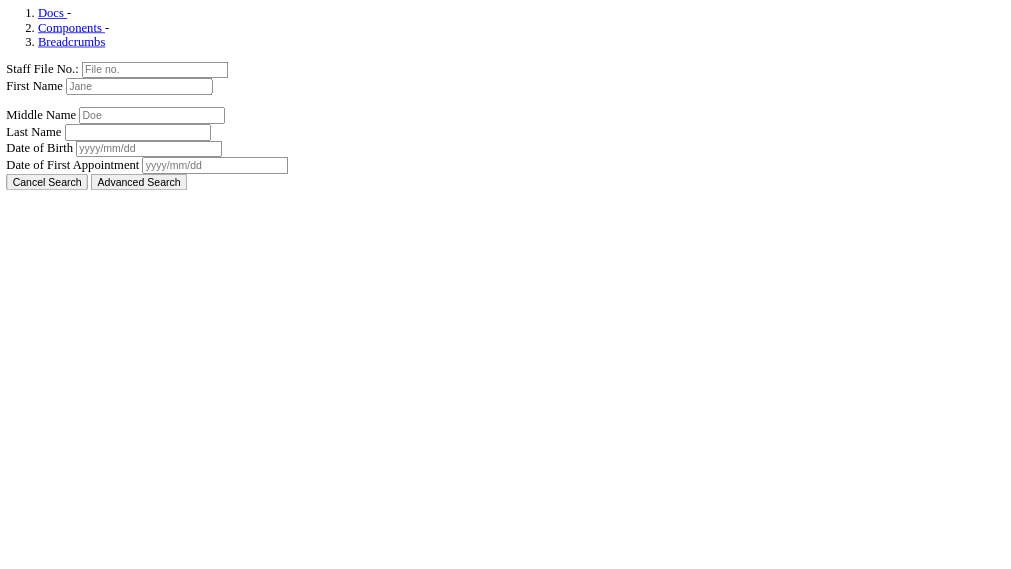
Repository: aknessy/office-helper
Page: http://localhost/app/Views/home/manual.php
The author's editor kept a copy of each file at every save. The page is drawn from the files as they stood at one save, then again after the next save.
The browser window is 1280 px wide. The pictures show the whole page, at 79% of full size.
The page is run by PHP 8.4 with error messages shown; the project is at /var/www/html/.

Above is the page before, as saved 2023-08-06 01:27:42.

### app/Views/home/manual.php
<div class="w-max text-left">
  <nav aria-label="breadcrumb" class="w-max">
    <ol class="flex w-full flex-wrap items-center rounded-md bg-blue-gray-50 bg-opacity-60 py-2 px-4">
      <li class="flex cursor-pointer items-center font-sans text-sm font-normal leading-normal text-blue-gray-900 antialiased transition-colors duration-300 hover:text-pink-500">
        <a class="opacity-60" href="#">
          <span>Docs</span>
        </a>
        <span class="pointer-events-none mx-2 select-none font-sans text-sm font-normal leading-normal text-blue-gray-500 antialiased">
          -
        </span>
      </li>
      <li class="flex cursor-pointer items-center font-sans text-sm font-normal leading-normal text-blue-gray-900 antialiased transition-colors duration-300 hover:text-pink-500">
        <a class="opacity-60" href="#">
          <span>Components</span>
        </a>
        <span class="pointer-events-none mx-2 select-none font-sans text-sm font-normal leading-normal text-blue-gray-500 antialiased">
          -
        </span>
      </li>
      <li class="flex cursor-pointer items-center font-sans text-sm font-normal leading-normal text-blue-gray-900 antialiased transition-colors duration-300 hover:text-pink-500">
        <a
          class="font-medium text-blue-gray-900 transition-colors hover:text-pink-500"
          href="#"
        >
          Breadcrumbs
        </a>
      </li>
    </ol>
  </nav>
</div>
<form action="" method="post" class="w-full">
    <div class="bg-white w-full rounded-lg mb-6 py-3 px-3">
        <div class="flex flex-wrap mb-3">
            <div class="w-full px-3">
                <label class="block uppercase tracking-wide text-gray-700 text-xs font-bold mb-2" for="grid-file-no">
                    Staff File No.:
                </label>
                <input class="appearance-none block border rounded bg-gray-200 w-full py-2 px-2 text-gray-700 text-sm font-italic font-light leading-tight focus:outline-none focus:bg-white focus:border-gray-500" id="grid-file-no" name="file_num" type="text" placeholder="File no.">
            </div>
        </div>
        <div class="flex flex-wrap mb-3">
            <div class="w-full md:w-1/3 px-3 md:mb-0">
                <label class="block uppercase tracking-wide text-gray-700 text-xs font-bold mb-2" for="grid-first-name">
                    First Name
                </label>
                <input class="appearance-none block w-full bg-gray-200 text-gray-700 border border-red-500 rounded py-2 px-2 leading-tight focus:outline-none focus:bg-white" id="grid-first-name" type="text"  name="firstname" placeholder="Jane">
                <p class="text-red-500 text-xs italic"></p>
            </div>
            <div class="w-full md:w-1/3 px-3">
                <label class="block uppercase tracking-wide text-gray-700 text-xs font-bold mb-2" for="grid-middle-name">
                    Middle Name
                </label>
                <input class="appearance-none block w-full bg-gray-200 text-gray-700 border border-gray-200 rounded py-2 px-2 leading-tight focus:outline-none focus:bg-white focus:border-gray-500" id="grid-middle-name" type="text" name="middlename" placeholder="Doe">
            </div>
            <div class="w-full md:w-1/3 px-3">
                <label class="block uppercase tracking-wide text-gray-700 text-xs font-bold mb-2" for="grid-last-name">
                    Last Name
                </label>
                <input class="appearance-none block w-full bg-gray-200 text-gray-700 border border-gray-200 rounded py-2 px-2 leading-tight focus:outline-none focus:bg-white focus:border-gray-500" id="grid-last-name" type="text" name="lastname placeholder="Tom">
            </div>
        </div>
        <div class="flex flex-wrap mb-8">
            <div class="w-full md:w-1/2 px-3 md:mb-0">
                <label class="block uppercase tracking-wide text-gray-700 text-xs font-bold mb-2" for="grid-dob">
                    Date of Birth
                </label>
                <input class="datepicker-widget appearance-none block w-full bg-gray-200 text-gray-700 border border-gray-200 rounded py-2 px-2 leading-tight focus:outline-none focus:bg-white focus:border-gray-500" id="grid-dob" type="text" name="dob" placeholder="yyyy/mm/dd">
            </div>
            <div class="w-full md:w-1/2 px-3 md:mb-0">
                <label class="block uppercase tracking-wide text-gray-700 text-xs font-bold mb-2" for="grid-dofa">
                    Date of First Appointment
                </label>
                <input class="datepicker-widget appearance-none block w-full bg-gray-200 text-gray-700 border border-gray-200 rounded py-2 px-2 leading-tight focus:outline-none focus:bg-white focus:border-gray-500" id="grid-dofa" type="text" name="first_appt" placeholder="yyyy/mm/dd">
            </div>
        </div>

        <div class="flex flex-wrap justify-between w-full px-3 mb-4">
            <button type="reset" class=" w-full md:w-1/2 hover:bg-gray-100 text-gray-600 py-2 px-4 hover:rounded-l=md">Cancel Search</button>
            <button type="submit" class="w-full md:w-1/2 bg-teal-400 hover:bg-teal-500 font-semibold text-white hover:text-dark font-sans py-2 px-4 rounded-md">Advanced Search</button>
        </div>
    </div>
</form>

After the next save:
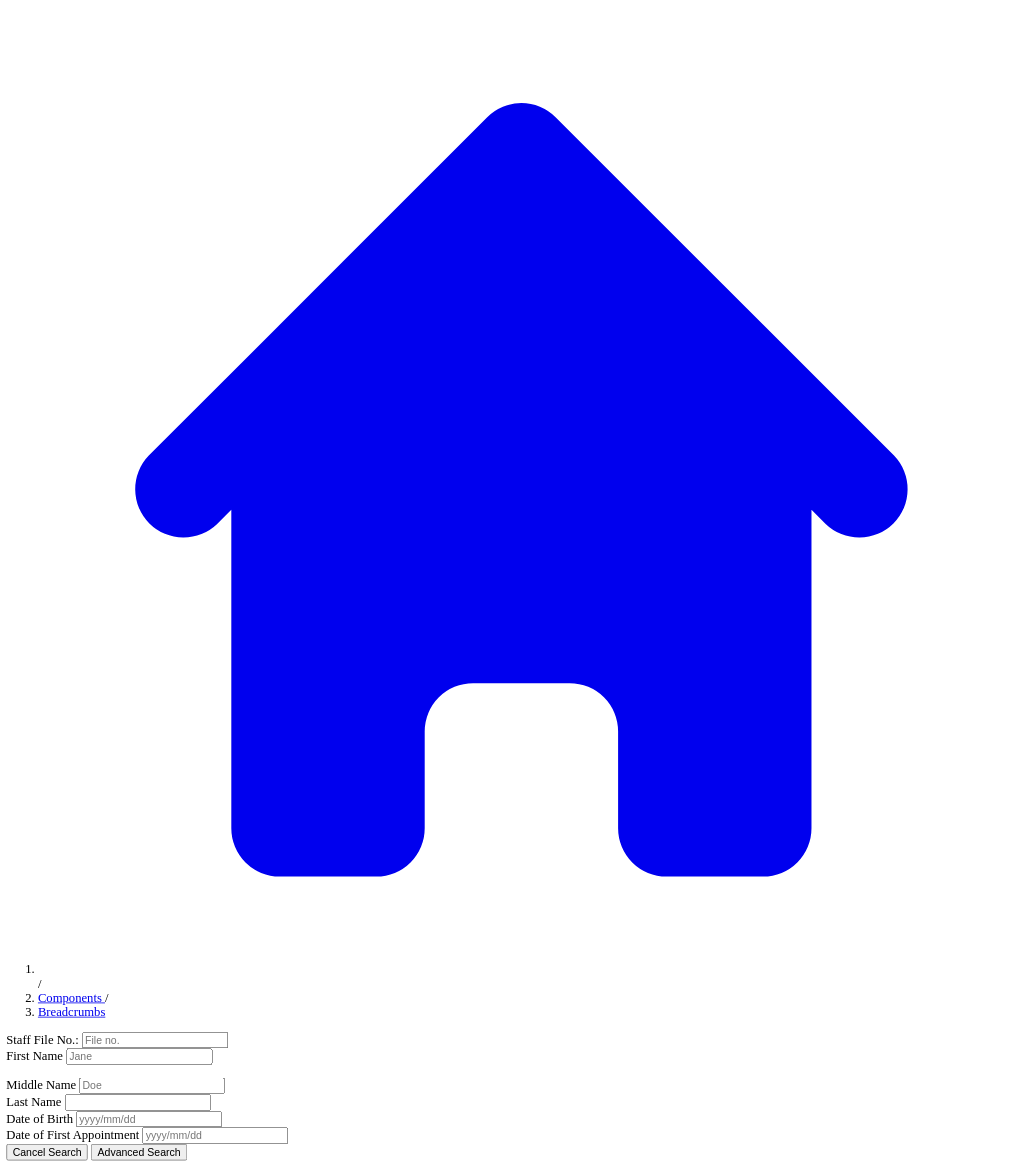
Saved 64 s later.
--- a/app/Views/home/manual.php
+++ b/app/Views/home/manual.php
@@ -1,12 +1,19 @@
-<div class="w-max text-left">
+<div className="w-1/2 text-left">
   <nav aria-label="breadcrumb" class="w-max">
     <ol class="flex w-full flex-wrap items-center rounded-md bg-blue-gray-50 bg-opacity-60 py-2 px-4">
       <li class="flex cursor-pointer items-center font-sans text-sm font-normal leading-normal text-blue-gray-900 antialiased transition-colors duration-300 hover:text-pink-500">
         <a class="opacity-60" href="#">
-          <span>Docs</span>
+          <svg
+            xmlns="http://www.w3.org/2000/svg"
+            class="h-4 w-4"
+            viewBox="0 0 20 20"
+            fill="currentColor"
+          >
+            <path d="M10.707 2.293a1 1 0 00-1.414 0l-7 7a1 1 0 001.414 1.414L4 10.414V17a1 1 0 001 1h2a1 1 0 001-1v-2a1 1 0 011-1h2a1 1 0 011 1v2a1 1 0 001 1h2a1 1 0 001-1v-6.586l.293.293a1 1 0 001.414-1.414l-7-7z"></path>
+          </svg>
         </a>
         <span class="pointer-events-none mx-2 select-none font-sans text-sm font-normal leading-normal text-blue-gray-500 antialiased">
-          -
+          /
         </span>
       </li>
       <li class="flex cursor-pointer items-center font-sans text-sm font-normal leading-normal text-blue-gray-900 antialiased transition-colors duration-300 hover:text-pink-500">
@@ -14,7 +21,7 @@
           <span>Components</span>
         </a>
         <span class="pointer-events-none mx-2 select-none font-sans text-sm font-normal leading-normal text-blue-gray-500 antialiased">
-          -
+          /
         </span>
       </li>
       <li class="flex cursor-pointer items-center font-sans text-sm font-normal leading-normal text-blue-gray-900 antialiased transition-colors duration-300 hover:text-pink-500">
@@ -27,7 +34,6 @@
       </li>
     </ol>
   </nav>
-</div>
 <form action="" method="post" class="w-full">
     <div class="bg-white w-full rounded-lg mb-6 py-3 px-3">
         <div class="flex flex-wrap mb-3">

After the save that followed:
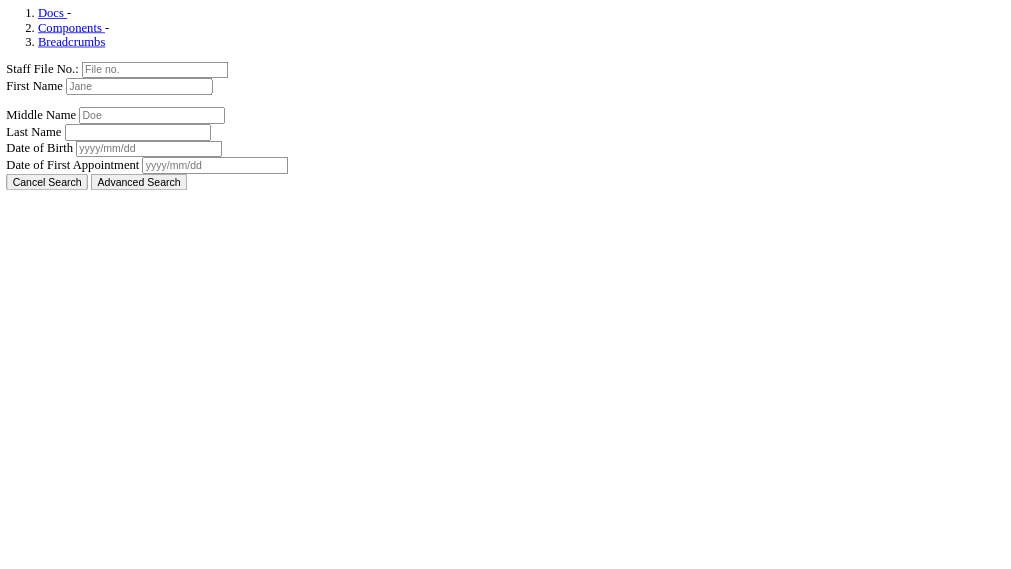
Saved 31 s later.
--- a/app/Views/home/manual.php
+++ b/app/Views/home/manual.php
@@ -1,19 +1,12 @@
-<div className="w-1/2 text-left">
+<div class="w-max text-left">
   <nav aria-label="breadcrumb" class="w-max">
     <ol class="flex w-full flex-wrap items-center rounded-md bg-blue-gray-50 bg-opacity-60 py-2 px-4">
       <li class="flex cursor-pointer items-center font-sans text-sm font-normal leading-normal text-blue-gray-900 antialiased transition-colors duration-300 hover:text-pink-500">
         <a class="opacity-60" href="#">
-          <svg
-            xmlns="http://www.w3.org/2000/svg"
-            class="h-4 w-4"
-            viewBox="0 0 20 20"
-            fill="currentColor"
-          >
-            <path d="M10.707 2.293a1 1 0 00-1.414 0l-7 7a1 1 0 001.414 1.414L4 10.414V17a1 1 0 001 1h2a1 1 0 001-1v-2a1 1 0 011-1h2a1 1 0 011 1v2a1 1 0 001 1h2a1 1 0 001-1v-6.586l.293.293a1 1 0 001.414-1.414l-7-7z"></path>
-          </svg>
+          <span>Docs</span>
         </a>
         <span class="pointer-events-none mx-2 select-none font-sans text-sm font-normal leading-normal text-blue-gray-500 antialiased">
-          /
+          -
         </span>
       </li>
       <li class="flex cursor-pointer items-center font-sans text-sm font-normal leading-normal text-blue-gray-900 antialiased transition-colors duration-300 hover:text-pink-500">
@@ -21,7 +14,7 @@
           <span>Components</span>
         </a>
         <span class="pointer-events-none mx-2 select-none font-sans text-sm font-normal leading-normal text-blue-gray-500 antialiased">
-          /
+          -
         </span>
       </li>
       <li class="flex cursor-pointer items-center font-sans text-sm font-normal leading-normal text-blue-gray-900 antialiased transition-colors duration-300 hover:text-pink-500">
@@ -34,6 +27,7 @@
       </li>
     </ol>
   </nav>
+</div>
 <form action="" method="post" class="w-full">
     <div class="bg-white w-full rounded-lg mb-6 py-3 px-3">
         <div class="flex flex-wrap mb-3">
